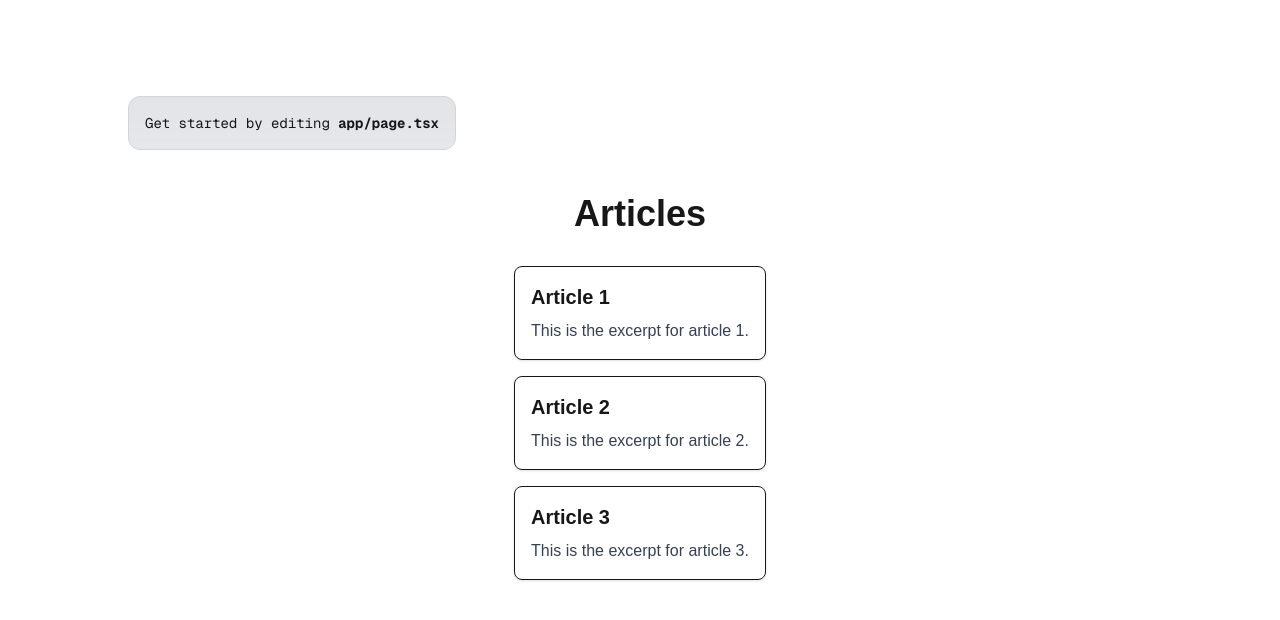
Repository: thedavidyoungblood/Strapi-Next.js_on_Vercel_REPO-TEMPLATE
Page: / (app in frontend/)
The author's editor kept a copy of each file at every save. The page is drawn from the files as they stood at one save, then again after the next save.
The browser window is 1280 px wide. The pictures show the whole page.
The page's requests for data from a server got no answer. The project was rebuilt for these pictures with package versions that can differ from the ones it lists, and the page was loaded fresh each time. The framework's server and built-in components were replaced by stand-ins that run in the browser. No one was signed in, and anything a server would have sent is missing.

Above is the page before, as saved 2025-09-09 13:33:13.

After the next save:
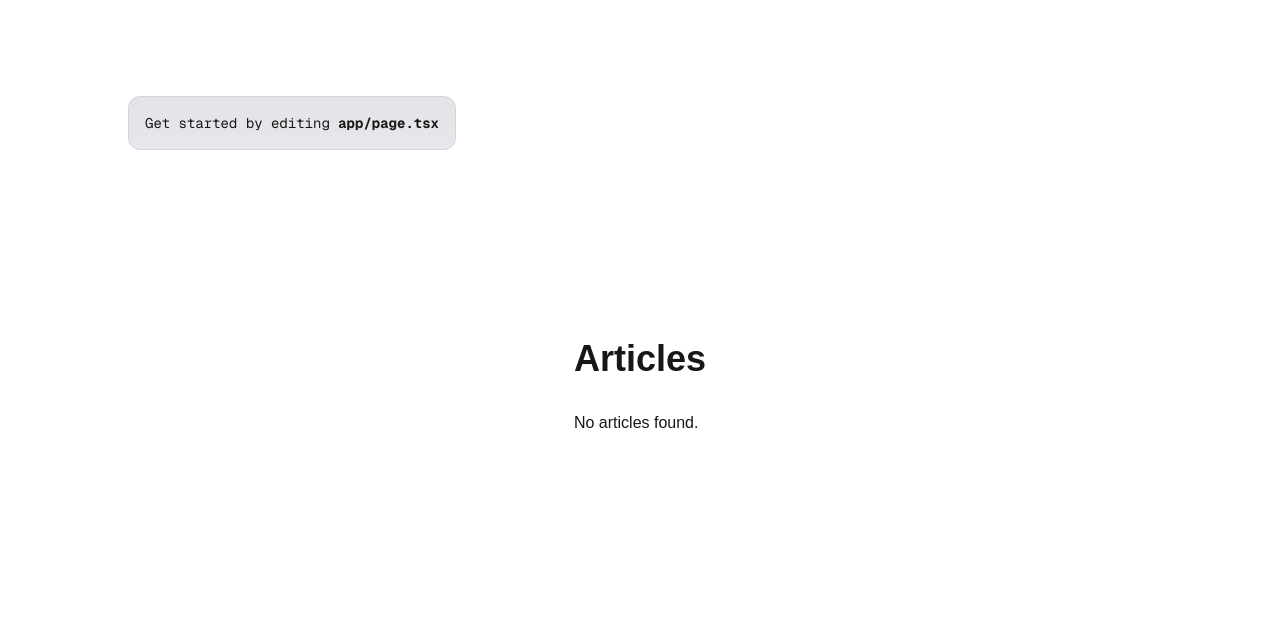
Saved 8 s later.
--- a/frontend/app/components/ArticleList.tsx
+++ b/frontend/app/components/ArticleList.tsx
@@ -1,18 +1,22 @@
 import React from 'react';
 import ArticleCard from './ArticleCard';
+import { getArticles } from '@/lib/api';
 
-const ArticleList: React.FC = () => {
-  // Placeholder data - this will be replaced with API data
-  const articles = [
-    { title: 'Article 1', excerpt: 'This is the excerpt for article 1.' },
-    { title: 'Article 2', excerpt: 'This is the excerpt for article 2.' },
-    { title: 'Article 3', excerpt: 'This is the excerpt for article 3.' },
-  ];
+const ArticleList: React.FC = async () => {
+  const articles = await getArticles();
+
+  if (!articles || articles.length === 0) {
+    return <p>No articles found.</p>;
+  }
 
   return (
     <div className="space-y-4">
-      {articles.map((article, index) => (
-        <ArticleCard key={index} title={article.title} excerpt={article.excerpt} />
+      {articles.map((article) => (
+        <ArticleCard
+          key={article.id}
+          title={article.attributes.title}
+          excerpt={article.attributes.excerpt}
+        />
       ))}
     </div>
   );
